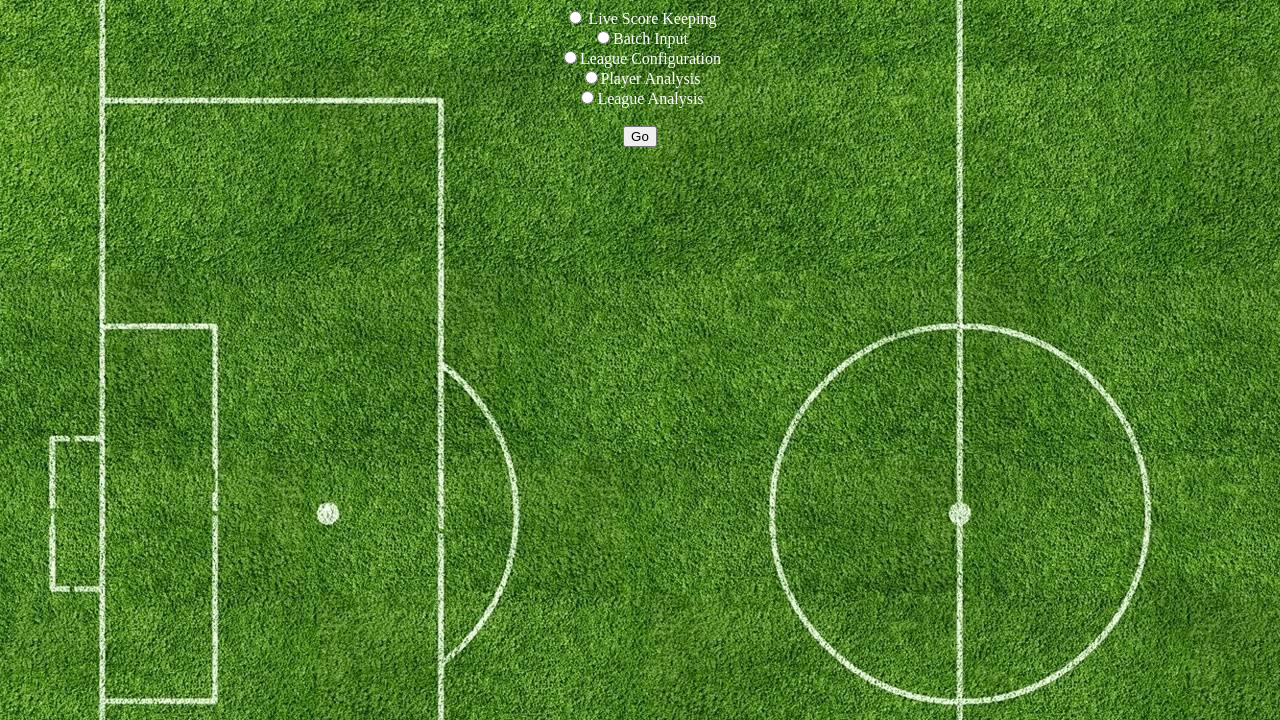
Repository: FredGlozman/SwiftScore
Page: SwiftScore/Website.html
These files come from the project's save history. The page is drawn as it stood at one moment and after the next save; the edit follows.
The browser window is 1280 px wide. The pictures show the whole page.

Above is the page before, as saved 2015-12-03 01:10:37.

### SwiftScore/Website.html
<html>
<style>
input, font {
	font-size: 400x
}
</style>
<head>
<title>SwiftScore</title>
</head>
<body background="soccer.jpg">
	<form action="PHP.php" method="get">
		<center>

			<input type="radio" name=“UseCase” value="1">
			<font color="white">Live Score Keeping</font> <br>
			<input type="radio" name="UseCase" value="2"><font color="white">Batch Input</font> <br>
			<input type="radio" name="UseCase" value="3"><font color="white">League Configuration</font> <br>
			<input type="radio" name="UseCase" value="4"><font color="white">Player Analysis</font> <br>
			<input type="radio" name="UseCase" value="5"><font color="white">League Analysis</font> <br>
			<br> <input type="submit" value="Go">
		</center>
	</form>

</body>
</html>

After the next save:
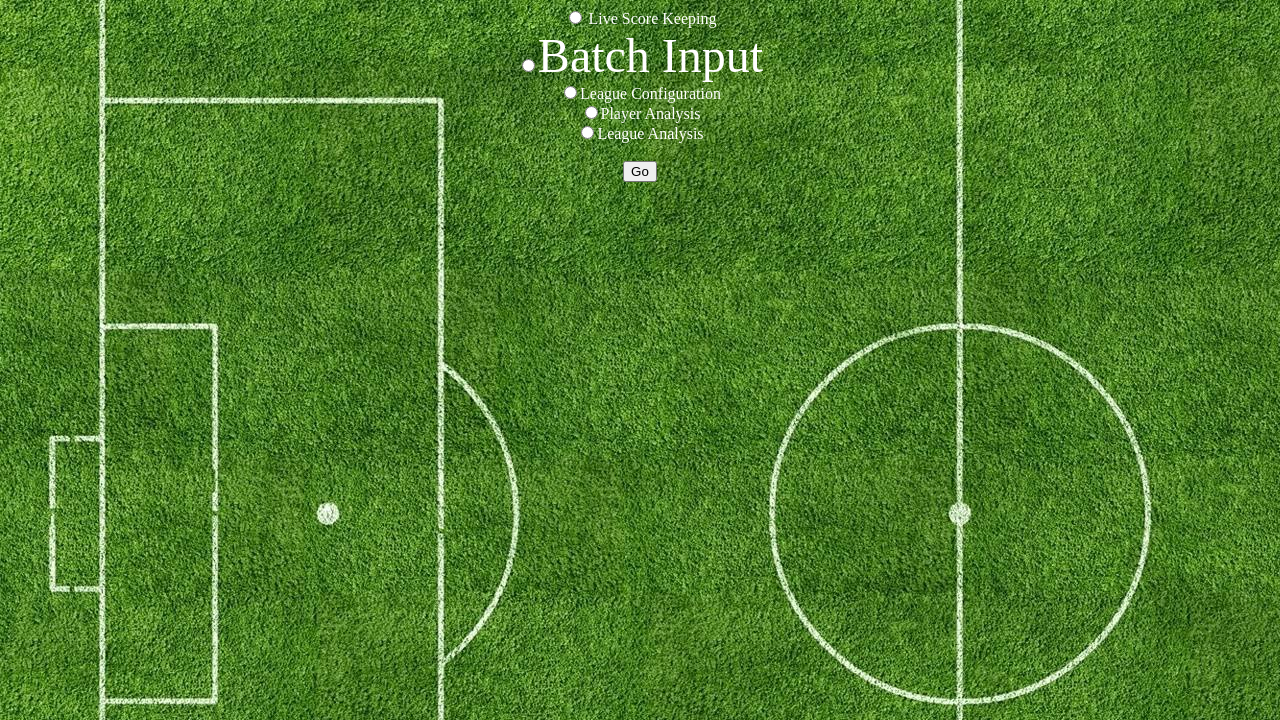
Saved 27 s later.
--- a/SwiftScore/Website.html
+++ b/SwiftScore/Website.html
@@ -13,7 +13,7 @@ input, font {
 
 			<input type="radio" name=“UseCase” value="1">
 			<font color="white">Live Score Keeping</font> <br>
-			<input type="radio" name="UseCase" value="2"><font color="white">Batch Input</font> <br>
+			<input type="radio" name="UseCase" value="2"><font color="white" size = 40x >Batch Input</font> <br>
 			<input type="radio" name="UseCase" value="3"><font color="white">League Configuration</font> <br>
 			<input type="radio" name="UseCase" value="4"><font color="white">Player Analysis</font> <br>
 			<input type="radio" name="UseCase" value="5"><font color="white">League Analysis</font> <br>
